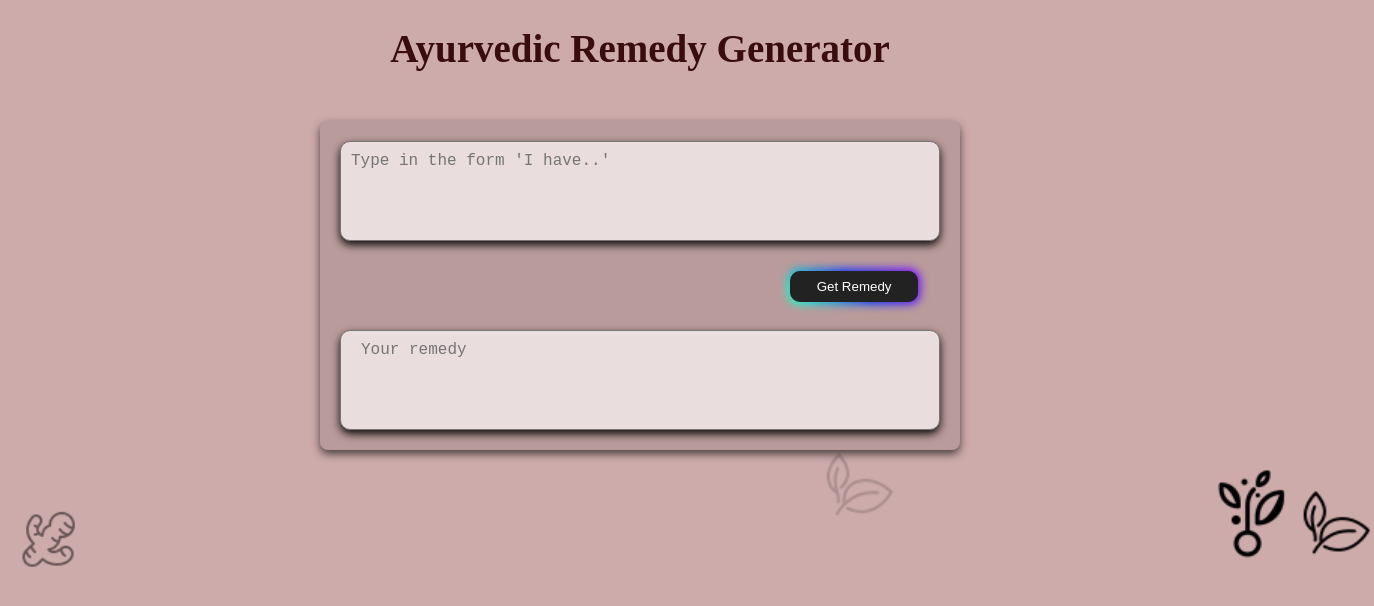
Repository: krutarthh/Ayurvedic-Remedy
Page: index.html
These files come from the project's save history. The page is drawn as it stood at one moment and after the next save; the edit follows.
The browser window is 1280 px wide. The page is 1374 px wide, so the pictures cover 1374 px, including what lies to the right of the window. The pictures show the whole page.

Above is the page before, as saved 2024-04-10 15:27:41.

### index.html
<!DOCTYPE html>
<html>
<head>
  <script type="importmap">
    {
      "imports": {
        "@google/generative-ai": "https://esm.run/@google/generative-ai"
      }
    }
  </script>
</head>
<body>
  <h1 id="main_title">Ayurvedic Remedy Generator</h1>
  <div class="container">
    <link rel="stylesheet" href="app.css">
    <textarea id="user_input" placeholder="Type in the form 'I have..'" type="container"></textarea>
    <button id="Send" type="container">Get Remedy</button>
    <br><br>
    <textarea id="answer" placeholder="Your remedy" type="container"></textarea>


  </div>
  <div class="muzieknootjes">
      <div class="noot-1">
        <img src="images/icons8-ginger-50.png">
      </div>
      <div class="noot-2">
        <img src="images/icons8-ayurveda-64.png">
      </div>
      <div class="noot-3">
        <img src="images/icons8-herb-50.png">
      </div>
      <div class="noot-4">
        <img src="images/icons8-ayurveda-64.png">
        <img src="images/icons8-herb-50.png">
      </div>
    </div>
  <script type="module" src="app.js"></script>
</body>
</html>

### app.css
/* app.css */
body {
    background: #ceabab;
}
.container {

    max-width: 600px;
    margin: 50px auto;
    padding: 20px;
    background-color: #ba9b9b;;
    border-radius: 8px;
    box-shadow: 0 4px 8px rgba(62, 55, 55, 0.931);
}
#user_input,
#answer {
    width: 100%;
    padding: 10px;
    font-size: 16px;
background-color: #e9dddd;
    border-radius: 10px; /* Add border-radius property with a value of 10px */
    box-sizing: border-box;
    resize: none;
    height: 100px;
    margin: 0 auto;
    display: block;
    box-shadow: 0 4px 8px rgba(0, 0, 0, 0.931);
}

#answer {
    background-color: #e9dddd;
    border-radius: 10px; /* Add border-radius property with a value of 10px */
    box-sizing: border-box;
    resize: none;
    height: 100px;
    margin: 0 auto;
    display: block;
    box-shadow: 0 4px 8px rgba(0, 0, 0, 0.931);
}

#user_input {
    margin-bottom: 10px;
}




#answer {
    padding-left: 20px;
    margin-top: 10px;
}

#main_title {
    text-align: center;
    font-size: 39px;
    color: #390d0d;
    margin-bottom: 20px;
}



.muzieknootjes {
    display: block;
    margin: auto;
    position: relative;
    width: 100%;
    min-width: 200px;
    height: 100px;
    border: 0px solid #947070;
  }

  .noot-1,
  .noot-2,
  .noot-3,
  .noot-4 {
    position: absolute;
    animation: notes 2s infinite linear;
    font-size: 1px;
    opacity: 1;
  }

  .noot-1 {
    top: 30px;
    left: 0;
    animation-delay: 0.5s;
  }

  .noot-2 {
    top: 30px;
    left: 30%;
    animation-delay: 1s;
  }

  .noot-3 {
    top: 30px;
    left: 60%;
    animation-delay: 1.5s;
  }

  .noot-4 {
    top: 30px;
    left: 90%;
    animation-delay: 2s;
  }

  @keyframes notes {
    0% {
      transform: scale(1) translate(0, 0);
      opacity: 0;
    }
    50% {
      opacity: 1;
      transform: scale(1.5) translate(50%, -50%);
    }
    80% {
      opacity: 0;
      transform: scale(1.5) translate(100%, -100%);
    }
    100% {
      transform: scale(1.5) translate(100%, -100%);
      opacity: 0;
    }
  }





/* CSS */
#Send {
  padding: 0.6em 2em;
  border: none;
  outline: none;
  color: rgb(255, 255, 255);
  background: #111;
  cursor: pointer;
  position: relative;
  z-index: 0;
  margin-left: 450px;
  margin-top: 20px;
  border-radius: 10px;
  user-select: none;
  -webkit-user-select: none;
  touch-action: manipulation;
}

#Send:before {
  content: "";
  background: linear-gradient(
    45deg,
    #ff0000,
    #ff7300,
    #fffb00,
    #48ff00,
    #00ffd5,
    #002bff,
    #7a00ff,
    #ff00c8,
    #ff0000
  );
  position: absolute;
  top: -2px;
  left: -2px;
  background-size: 400%;
  z-index: -1;
  filter: blur(5px);
  -webkit-filter: blur(5px);
  width: calc(100% + 4px);
  height: calc(100% + 4px);
  animation: glowing-button-85 20s linear infinite;
  transition: opacity 0.3s ease-in-out;
  border-radius: 10px;
}

@keyframes glowing-button-85 {
  0% {
    background-position: 0 0;
  }
  50% {
    background-position: 400% 0;
  }
  100% {
    background-position: 0 0;
  }
}

#Send:after {
  z-index: -1;
  content: "";
  position: absolute;
  width: 100%;
  height: 100%;
  background: #222;
  left: 0;
  top: 0;
  border-radius: 10px;
}

### app.js
import { GoogleGenerativeAI } from "@google/generative-ai";

// api call to get the model
const API_KEY = "AIzaSyDBtZZsASIYVyQiLgik32sfZeJjd2X8IPQ";


const genAI = new GoogleGenerativeAI(API_KEY);

const model = genAI.getGenerativeModel({ model: "gemini-pro" });

// fetchign the elements
const user_input = document.getElementById("user_input");
const answer_area = document.getElementById("answer");
const send_button = document.getElementById("Send");
// redirect from enter action to the clicking the button.
user_input.addEventListener("keyup", (event) => {
    if (event.key === "Enter") {
        send_button.click();
    }
});

// on click event to get the answer from the model
send_button.addEventListener("click", async () => {
    const question = user_input.value;
    const answer = await generateText(question + "give me a ayurvedic remedy, the answer should be short and specific, behave like a chatbot.");

    const filtered_answer = answer.replace(/\*/g, '');
    const typingSpeed = 28;
    const answerText = filtered_answer;
    let index = 0;
    function typeAnswer() {
        if (index < answerText.length) {
            answer_area.textContent += answerText.charAt(index);
            index++;
            setTimeout(typeAnswer, typingSpeed);
        }
    }

    typeAnswer();
});

// function to get the answer from the model
async function generateText(prompt) {

    const result = await model.generateContent(prompt);
    const response = await result.response;
    const text = await response.text();
    return text;
}

After the next save:
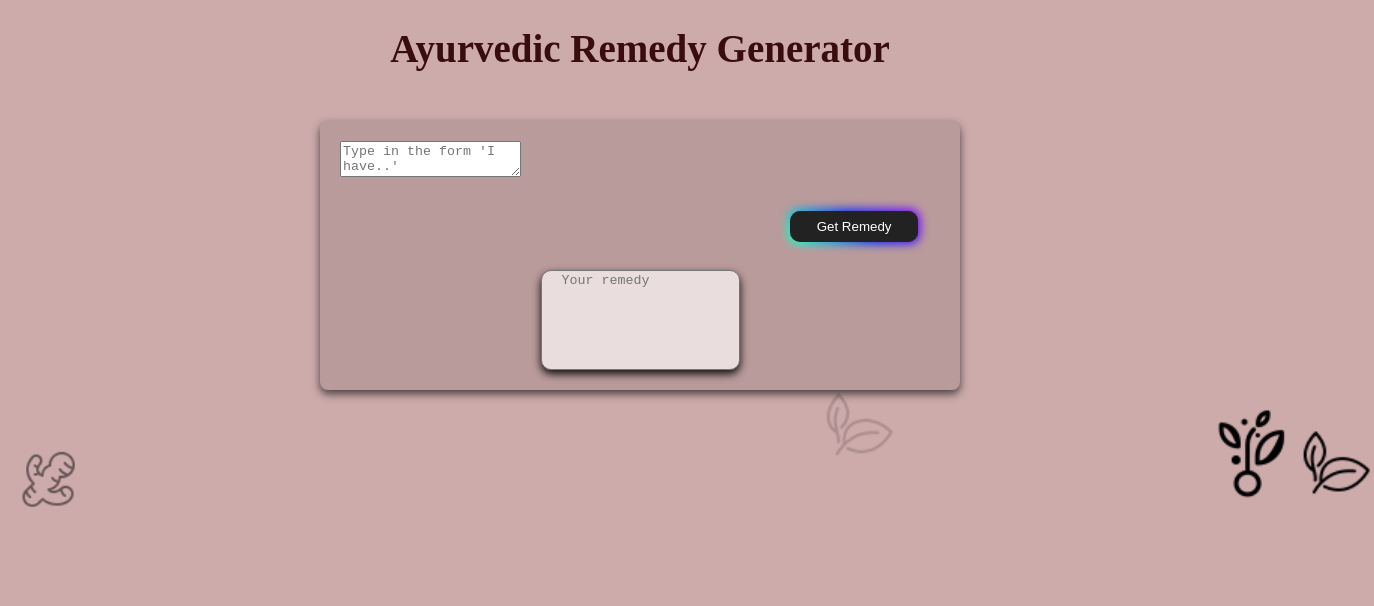
Saved 6 s later.
--- a/app.css
+++ b/app.css
@@ -12,7 +12,7 @@ body {
     box-shadow: 0 4px 8px rgba(62, 55, 55, 0.931);
 }
 #user_input,
-#answer {
+ {
     width: 100%;
     padding: 10px;
     font-size: 16px;
